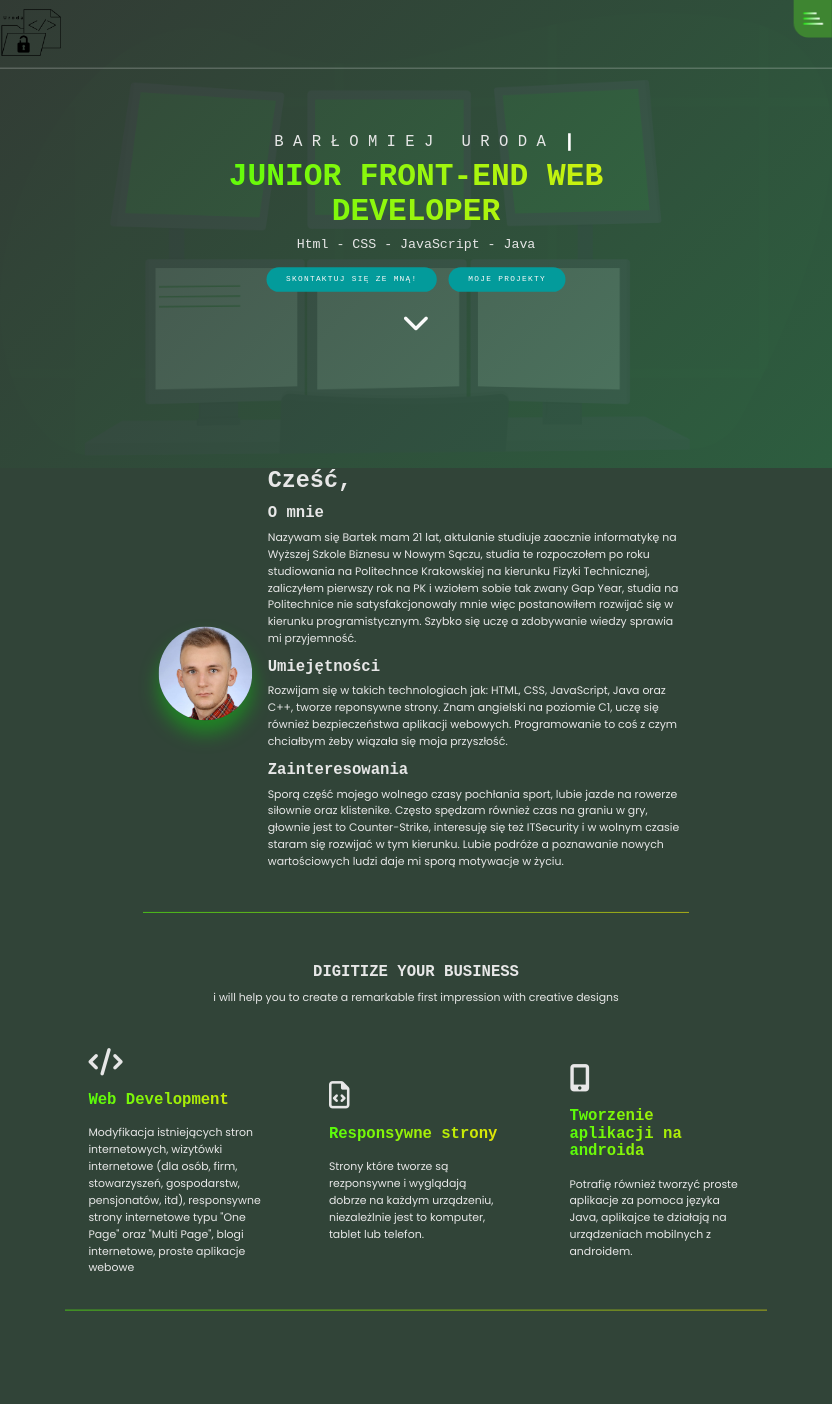
Repository: BartekUroda/portfolio
Page: index.html
An editor plug-in stored every save of this project. The page is shown before and after the next save, followed by the edit.
The browser window is 1280 px wide. The pictures show the whole page, at 65% of full size.
Some web fonts or font styles are not loaded; a fallback is used. Some web libraries are served in a nearby version.

Above is the page before, as saved 2020-10-27 21:22:07.

After the next save:
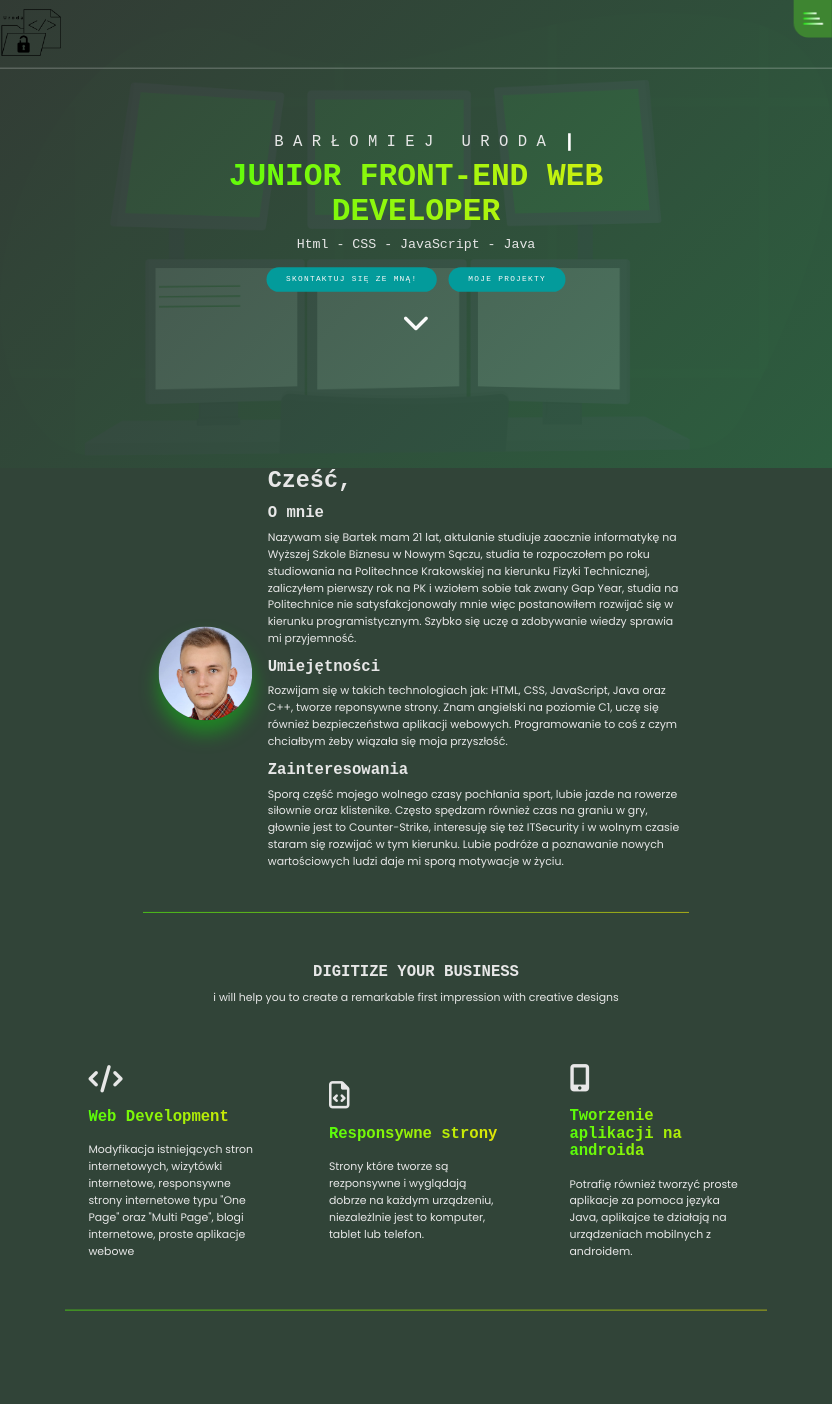
Saved 12 s later.
--- a/index.html
+++ b/index.html
@@ -136,7 +136,7 @@
               <h2>Web Development</h2>
               <p>
                 Modyfikacja istniejących stron internetowych,
-                wizytówki internetowe (dla osób, firm, stowarzyszeń, gospodarstw, pensjonatów, itd),
+                wizytówki internetowe,
                 responsywne strony internetowe typu "One Page" oraz "Multi Page",
                 blogi internetowe, proste aplikacje webowe
               </p>
